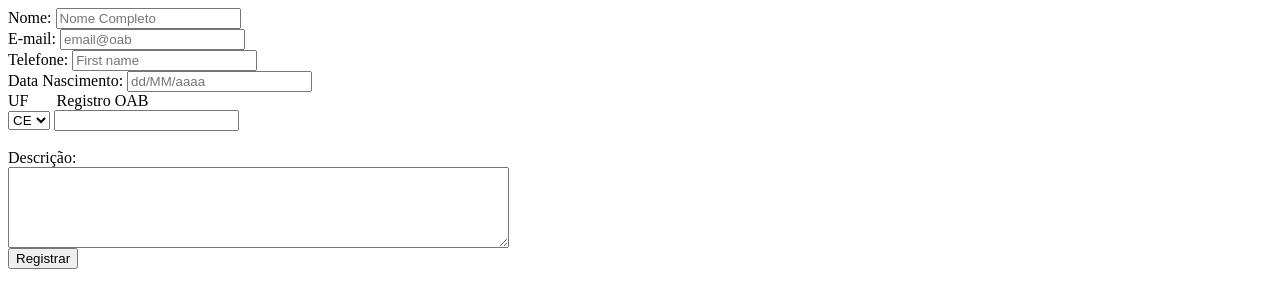
Repository: Natan16/CRUDJUSTTO
Page: CRUDJUSTTOWEB/WebContent/adiciona-advogado.html
An editor plug-in stored every save of this project. The page is shown before and after the next save, followed by the edit.
The browser window is 1280 px wide. The pictures show the whole page.

Above is the page before, as saved 2019-08-31 11:46:03.

### CRUDJUSTTOWEB/WebContent/adiciona-advogado.html
<html>
     <body>
         <form action="adicionaAdvogado" method="post">
             Nome: <input type="text" name="nome" placeholder="Nome Completo" required/><br />
             E-mail: <input type="text" name="email" placeholder="email@oab"/><br />
             Telefone: <input type="text" name="endereco" placeholder="First name"/><br />
             Data Nascimento: <input type="text" name="dataNascimento" placeholder="dd/MM/aaaa"/><br />

                          UF                 &nbsp;&emsp; Registro OAB <br />
             <select name="ufOAB">
			    <option value="volvo">CE</option>
			    <option value="saab">SP</option>
			    <option value="fiat">RJ</option>
			    <option value="audi">AM</option>
  			 </select>
  			 <input type="text" name="registroOAB" /><br />
  			 <br />

             Descrição: <br />
             <textarea rows = "5" cols = "60" name = "desc">

         	 </textarea><br>
		<!-- <!-- <div class="dropdown">
  			<button class="dropbtn">Dropdown</button>
  				<div class="dropdown-content">
    				<a href="#">Link 1</a>
    				<a href="#">Link 2</a>
    				<a href="#">Link 3</a>
  				</div>
  				style="height:200px;font-size:14pt;"
		</div> -->
             <input   type="submit" value="Registrar" />
         </form>
     </body>
 </html>

After the next save:
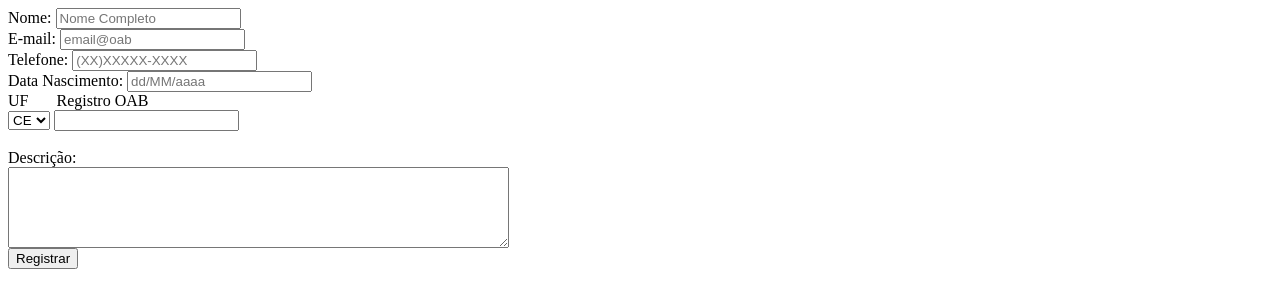
Saved 21 s later.
--- a/CRUDJUSTTOWEB/WebContent/adiciona-advogado.html
+++ b/CRUDJUSTTOWEB/WebContent/adiciona-advogado.html
@@ -3,7 +3,7 @@
          <form action="adicionaAdvogado" method="post">
              Nome: <input type="text" name="nome" placeholder="Nome Completo" required/><br />
              E-mail: <input type="text" name="email" placeholder="email@oab"/><br />
-             Telefone: <input type="text" name="endereco" placeholder="First name"/><br />
+             Telefone: <input type="text" name="endereco" placeholder="(XX)XXXXX-XXXX"/><br />
              Data Nascimento: <input type="text" name="dataNascimento" placeholder="dd/MM/aaaa"/><br />
 
                           UF                 &nbsp;&emsp; Registro OAB <br />
